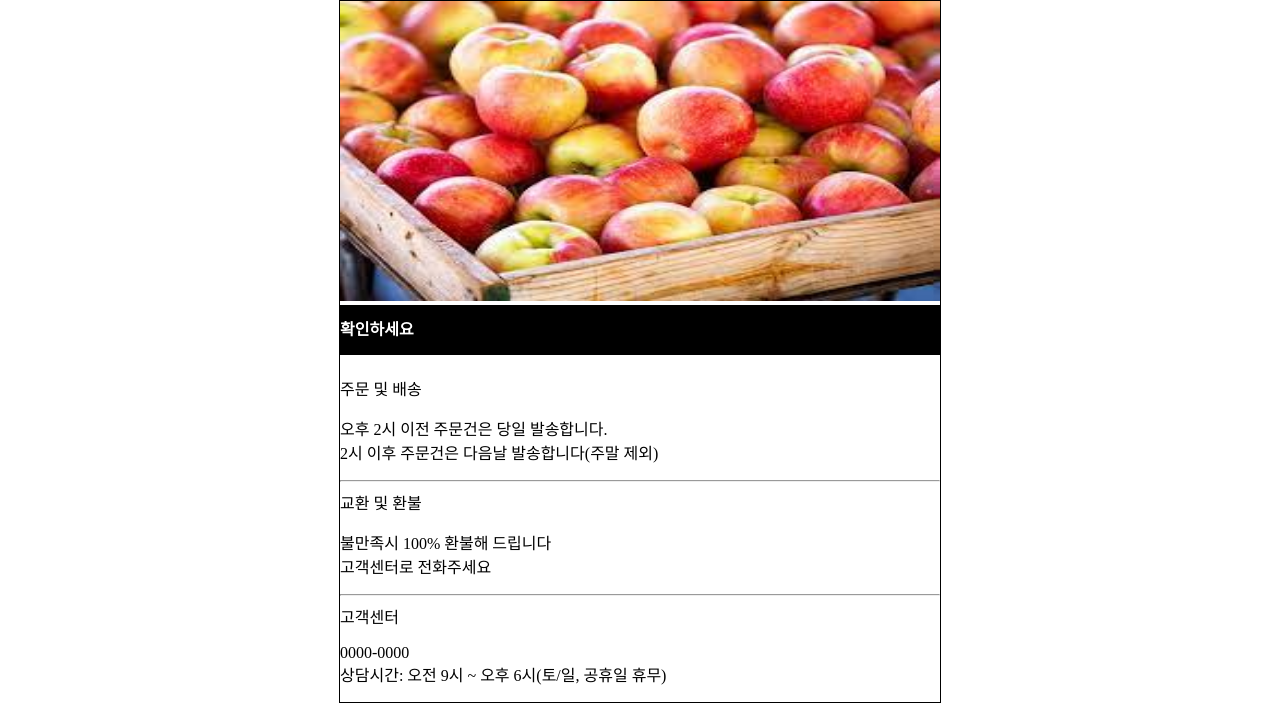
Repository: b1996om/HTML-CSS_study
Page: Practice/public/prac_05.html
These files come from the project's save history. The page is drawn as it stood at one moment and after the next save; the edit follows.
The browser window is 1280 px wide. The pictures show the whole page.

Above is the page before, as saved 2022-12-12 07:19:52.

### Practice/public/prac_05.html
<!DOCTYPE html>
<html lang="ko">
<head>
	<meta charset="utf-8">
	<title>회원가입 폼 태그</title>
	<style>
		body {
			margin:0;
			padding:0;
			box-sizing:border-box;
		}
		.con {
			border:1px solid black;
			width:600px;
			margin:0 auto;
		}
		h4 {
			background-color:black;
			height:50px;
			line-height:50px;
			color:white;
			margin-top:0;
		}
	</style>
</head>
<body>
	<div class="con">
		<section class="banner">
			<img src="images/banner.jpg" width="100%" height="300" alt="사과">
		</section>
		<h4>확인하세요</h4>
		<section>
			<div class="mini">주문 및 배송</div>
			<p>오후 2시 이전 주문건은 당일 발송합니다.<br>
			2시 이후 주문건은 다음날 발송합니다(주말 제외)</p>
		</section>
		<hr>
		<section>
			<div class="mini">교환 및 환불</div>
			<p>불만족시 100% 환불해 드립니다<br>
			고객센터로 전화주세요</p>
		</section>
		<hr>
		<section>
			<div class="mini">고객센터</div>
			<p>0000-0000<br>
			상담시간: 오전 9시 ~ 오후 6시(토/일, 공휴일 휴무)</p>
		</section>
	</div>
</body>
</html>

After the next save:
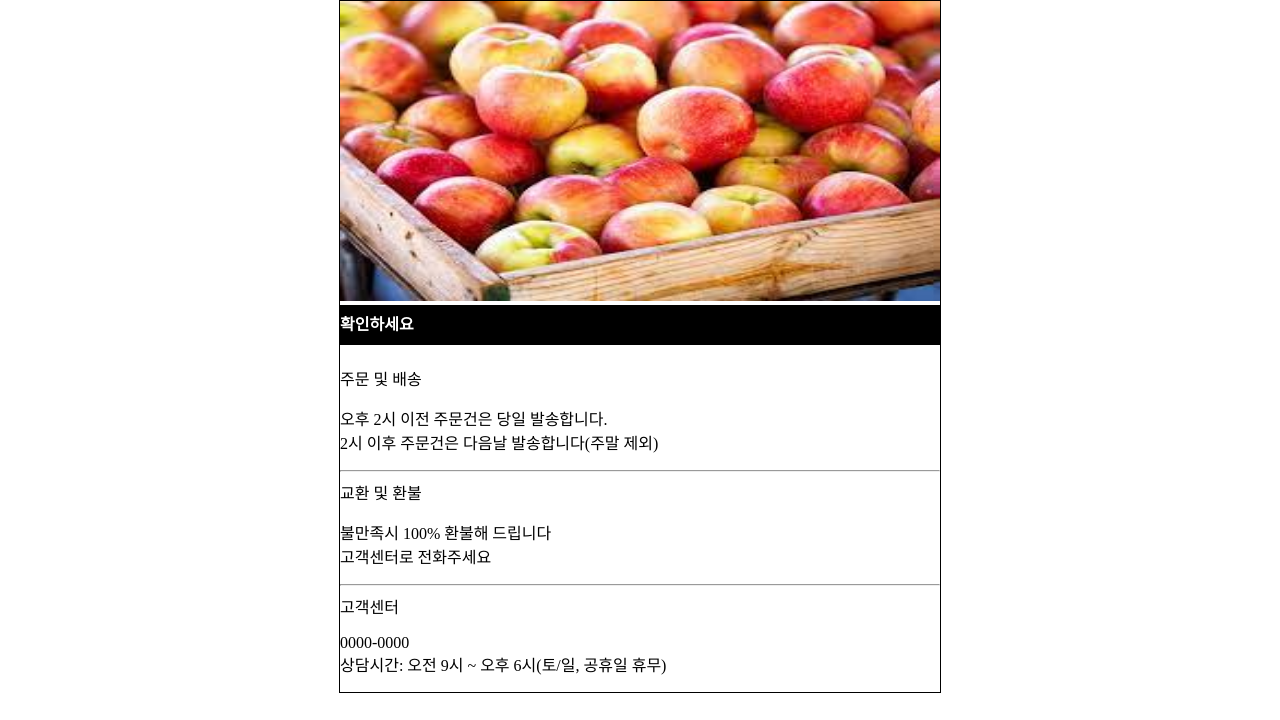
Saved 15 s later.
--- a/Practice/public/prac_05.html
+++ b/Practice/public/prac_05.html
@@ -16,8 +16,8 @@
 		}
 		h4 {
 			background-color:black;
-			height:50px;
-			line-height:50px;
+			height:40px;
+			line-height:40px;
 			color:white;
 			margin-top:0;
 		}
